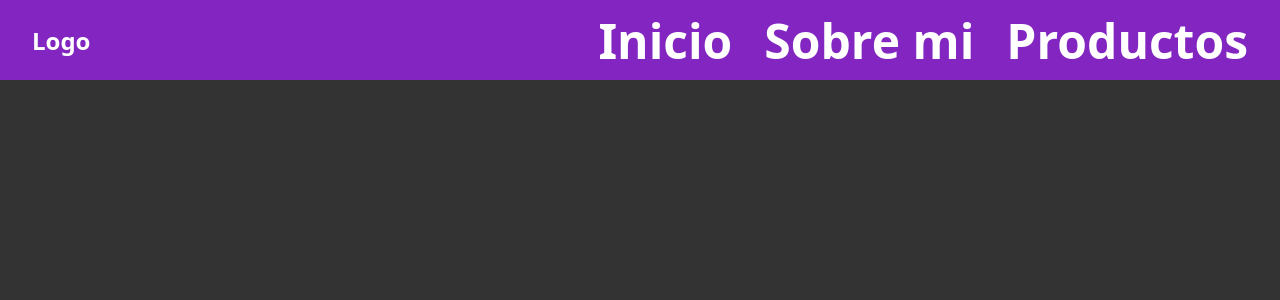
Repository: maariadomiingo/SinergiaRAMMmarcas
Page: prueba menú responsive/index.html
An editor plug-in stored every save of this project. The page is shown before and after the next save, followed by the edit.
The browser window is 1280 px wide. The pictures show the whole page.

Above is the page before, as saved 2024-05-18 11:50:12.

### prueba menú responsive/index.html
<!DOCTYPE html>
<html lang="en">
<head>
    <meta charset="UTF-8">
    <meta name="viewport" content="width=device-width, initial-scale=1.0">
    <link rel="shortcut icon" href="img/Logo2.png" type="image/x-icon">
    <link rel="stylesheet" href="style.css">
    <title>SinergiaRAMM</title>
</head>
<body>
</head>
<body>
    <header class="header">
        <nav class="navbar">
            <h1 class="logo">Logo</h1>

            <label class="labe_hamburguesa" for="menu_hamburguesa">
                <svg
                    xmlns="http://www.w3.org/2000/svg"
                    width="35"
                    height="35"
                    fill="currentColor"
                    class="list_icon"
                    viewBox="0 0 16 16"
                >
                    <path
                        fill-rule="evenodd"
                        d="M2.5 12a.5.5 0 0 1 .5-.5h10a.5.5 0 0 1 0 1H3a.5.5 0 0 1-.5-.5zm0-4a.5.5 0 0 1 .5-.5h10a.5.5 0 0 1 0 1H3a.5.5 0 0 1-.5-.5zm0-4a.5.5 0 0 1 .5-.5h10a.5.5 0 0 1 0 1H3a.5.5 0 0 1-.5-.5z"
                    />
                </svg>
            </label>

            <input class="menu_hamburguesa" type="checkbox" name="" id="menu_hamburguesa">

            <ul class="ul_links">
                <li class="li_links">
                    <a href="#" class="link">Inicio</a>
                </li>
                <li class="li_links">
                    <a href="#" class="link">Sobre mi</a>
                </li>
                <li class="li_links">
                    <a href="#" class="link">Productos</a>
                </li>
            </ul>
        </nav>
    </header>
</body>
</html>

### prueba menú responsive/style.css
:root {
    --color_primario: #8527c3fd;
    --color_primario_suave: #8527c383;
    --color_blanco: #fff;
    --altura_header: 80px;
    --padding_left_right: 2rem;
    --ancho_maximo: 1200px;
}
*{
    margin: 0;
    padding: 0;
    box-sizing: border-box;
}
body{
    background-color: #333;
    font-family: system-ui, -apple-system, BlinkMacSystemFont, 'Segoe UI', Roboto, Oxygen, Ubuntu, Cantarell, 'Open Sans', 'Helvetica Neue', sans-serif;
}
a{
    text-decoration: none;
}
ol,ul{
    list-style: none;
}
.header {
    height: var(--altura_header);
    background-color: var(--color_primario);
}
.navbar {
    height: 100%;
    display: flex;
    justify-content: space-between;
    align-items: center;
    flex-wrap: wrap;
    padding: 0 var(--padding_left_right);
}
.menu_hamburguesa{
    display: none;
}
.menu_hamburguesa:checked + .ul_links {
    height: calc(100vh - var(--altura_header));
}
.logo {
    color: var(--color_blanco);
}
.labe_hamburguesa {
}
.list_icon {
    color: var(--color_blanco);
    cursor: pointer;
}
.ul_links {
    width: 100%;
    background-color: var(--color_primario_suave);
    position: absolute;
    top: var(--altura_header);
    left: 0;
    height: 0;
    overflow: hidden;
    /* height: calc(100vh - var(--altura_header)); */
    display: flex;
    flex-direction: column;
    justify-content: center;
    align-items: center;
    gap: 3rem;

    transition: all .3s;
}
.li_links {
}
.link {
    font-size: 3em;
    color: var(--color_blanco);
    font-weight: bold;
}

@media (min-width:768px){
    .labe_hamburguesa {
        display: none;
    }
    .ul_links{
        position: static;
        width: auto;
        height: auto;
        flex-direction: row;
        gap: 2rem;
    }
    .link{
        font-size: 1.2rem;
        transition: all .3s;
        padding: .2rem .7rem;
    }
    .link:hover{
        background-color: #5f1192;
    }
}

After the next save:
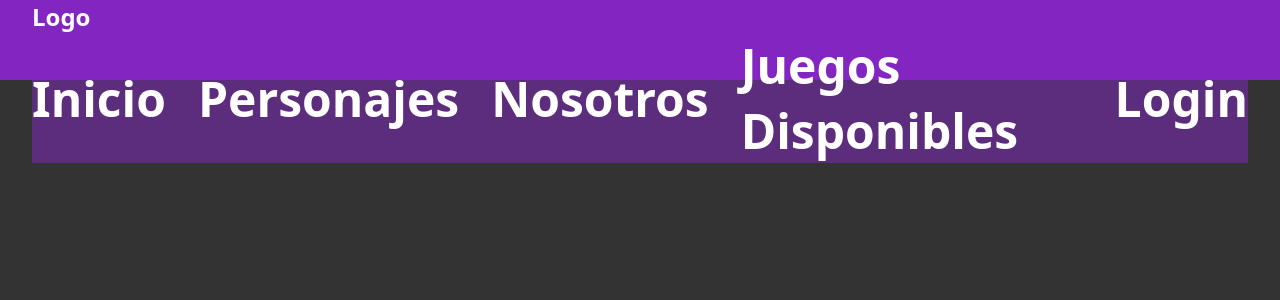
Saved 4 min 26 s later.
--- a/prueba menú responsive/index.html
+++ b/prueba menú responsive/index.html
@@ -37,11 +37,18 @@
                     <a href="#" class="link">Inicio</a>
                 </li>
                 <li class="li_links">
-                    <a href="#" class="link">Sobre mi</a>
+                    <a href="#Personajes" class="link">Personajes</a>
                 </li>
                 <li class="li_links">
-                    <a href="#" class="link">Productos</a>
+                    <a href="#nosotros" class="link">Nosotros</a>
                 </li>
+                <li class="li_links">
+                    <a href="#juegos" class="link">Juegos Disponibles</a>
+                </li>
+                <li class="li_links">
+                    <a href="#login.html" class="link">Login</a>
+                </li>
+
             </ul>
         </nav>
     </header>
